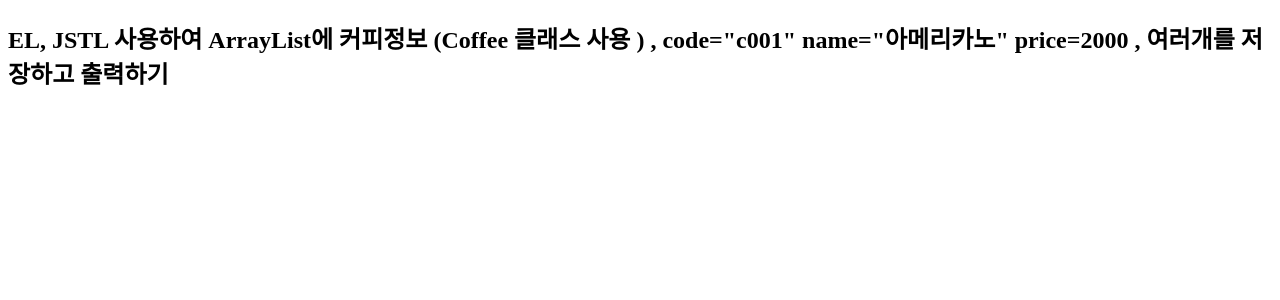
Repository: nobley3/EclipseIDE
Page: http://localhost/ELprj0908실습/quiz8
An editor plug-in stored every save of this project. The page is shown before and after the next save, followed by the edit.
The browser window is 1280 px wide. The pictures show the whole page.
The page is served by Tomcat 9. Other server files are loaded and not shown.

Above is the page before, as saved 2023-09-08 06:42:37.

### ELprj0908실습/src/main/webapp/WEB-INF/views/quiz8.jsp
<%@ page language="java" contentType="text/html; charset=UTF-8"
    pageEncoding="UTF-8"%>
    <%@ taglib uri="http://java.sun.com/jsp/jstl/core" prefix="c" %>
<!DOCTYPE html>
<html>
<head>
<meta charset="UTF-8">
<title>Insert title here</title>
</head>
<body>
<h2>EL, JSTL 사용하여 ArrayList에 커피정보 (Coffee 클래스 사용 ) ,  code="c001"   name="아메리카노"  price=2000 , 여러개를 저장하고
   출력하기 </h2>

</body>
</html>

### ELprj0908실습/src/main/java/practice/Q_08.java
package practice;
import java.io.IOException;
import java.util.ArrayList;

import javax.servlet.ServletException;
import javax.servlet.annotation.WebServlet;
import javax.servlet.http.HttpServlet;
import javax.servlet.http.HttpServletRequest;
import javax.servlet.http.HttpServletResponse;
@WebServlet("/quiz8")
public class Q_08 extends HttpServlet{
@Override
protected void doGet(HttpServletRequest req, HttpServletResponse resp) throws ServletException, IOException {


	ArrayList<Coffee> coffee = new ArrayList<>();
	coffee.add(new Coffee("c001","아메리카노",1900));
	coffee.add(new Coffee("c002","바닐라라떼",3400));
	coffee.add(new Coffee("c003","돌체라떼",4900));

	req.setAttribute("coffee", coffee);
	req.getRequestDispatcher("WEB-INF/views/quiz8.jsp").forward(req, resp);
}

}

### ELprj0908실습/src/main/java/practice/Coffee.java
package practice;

public class Coffee {

	String code;
	String name;
	int price;

	public Coffee() {
		// TODO Auto-generated constructor stub
	}

	public Coffee(String code, String name, int price) {
		super();
		this.code = code;
		this.name = name;
		this.price = price;
	}

	public String getCode() {
		return code;
	}

	public void setCode(String code) {
		this.code = code;
	}

	public String getName() {
		return name;
	}

	public void setName(String name) {
		this.name = name;
	}

	public int getPrice() {
		return price;
	}

	public void setPrice(int price) {
		this.price = price;
	}

	@Override
	public String toString() {
		return "Coffee [code=" + code + ", name=" + name + ", price=" + price + "]";
	}


}

After the next save:
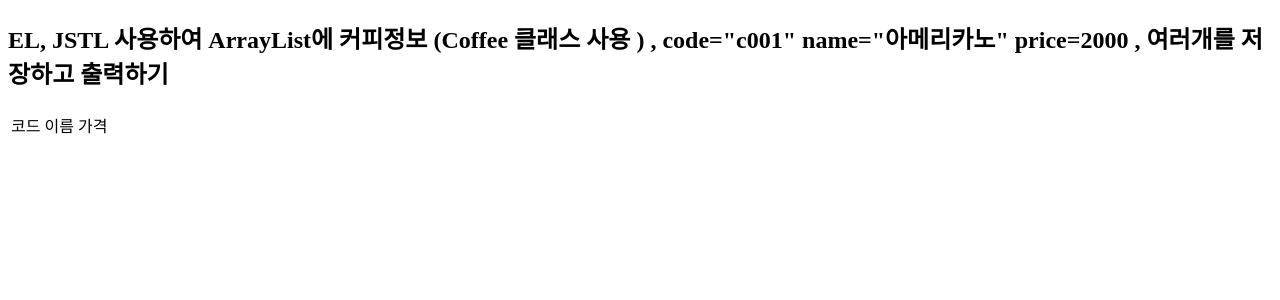
Saved 2 min 24 s later.
--- a/ELprj0908실습/src/main/webapp/WEB-INF/views/quiz8.jsp
+++ b/ELprj0908실습/src/main/webapp/WEB-INF/views/quiz8.jsp
@@ -11,5 +11,23 @@
 <h2>EL, JSTL 사용하여 ArrayList에 커피정보 (Coffee 클래스 사용 ) ,  code="c001"   name="아메리카노"  price=2000 , 여러개를 저장하고
    출력하기 </h2>
 
+<table>
+<tr>
+<td>코드</td>
+<td>이름</td>
+<td>가격</td>
+</tr>
+
+<c:forEach var="coffee" items="${Coffee}">
+<tr>
+<td>${cofee.code}</td>
+<td>${cofee.name}</td>
+<td>${cofee.price}</td>
+</tr>
+
+</c:forEach>
+</table>
+
+
 </body>
 </html>
